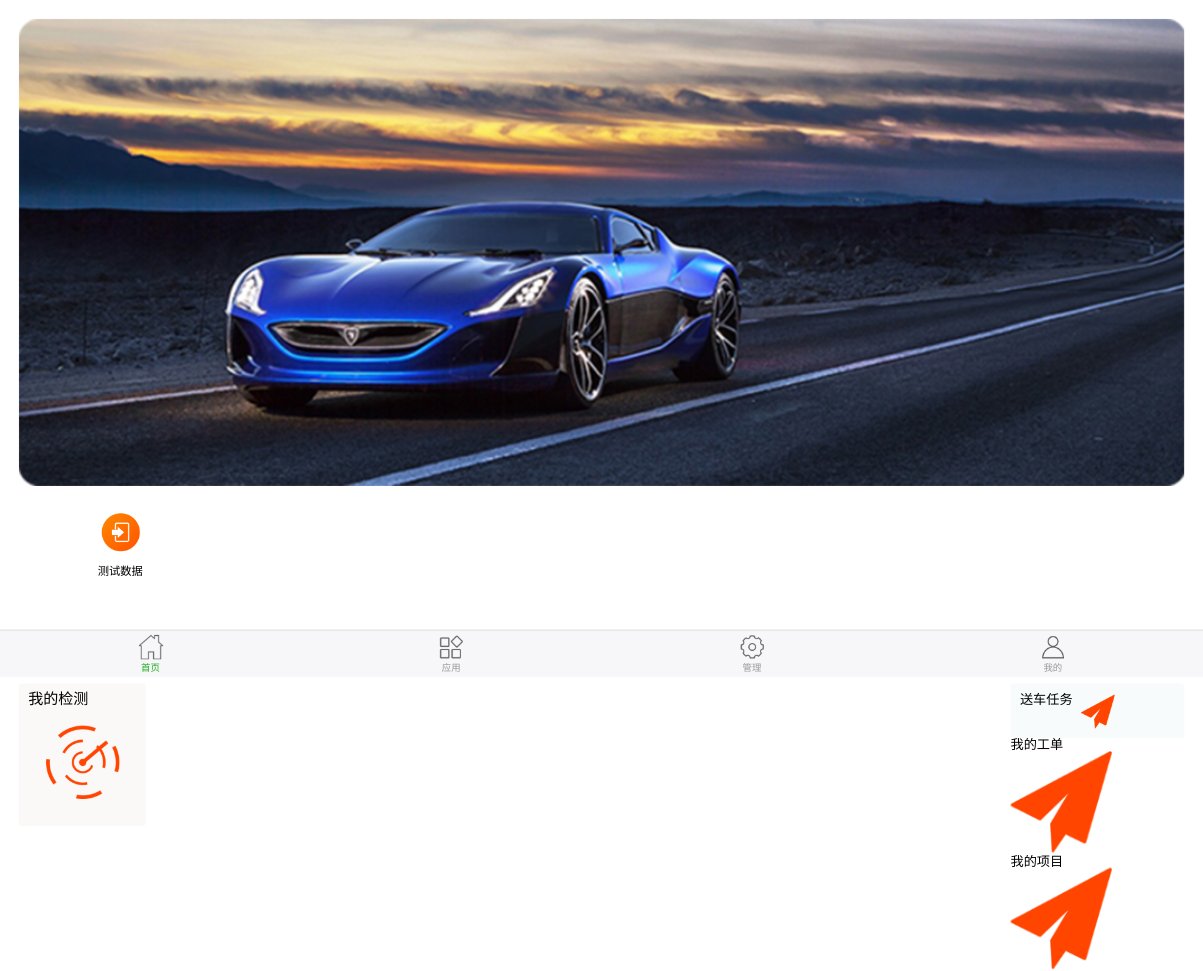
Repository: family-car/car
Page: index.html
An editor plug-in stored every save of this project. The page is shown before and after the next save, followed by the edit.
The browser window is 1280 px wide. The pictures show the whole page, at 94% of full size.

Above is the page before, as saved 2020-05-11 20:52:52.

After the next save:
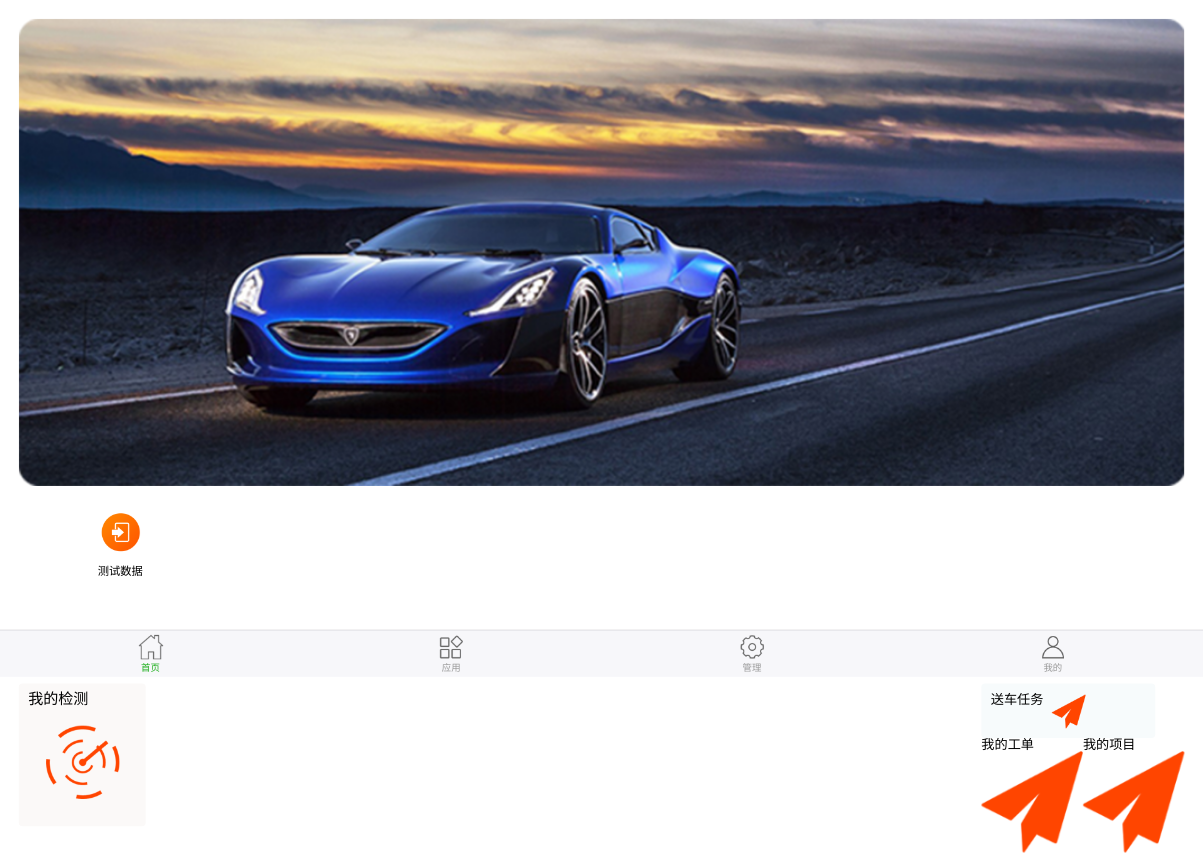
Saved 9 s later.
--- a/index.html
+++ b/index.html
@@ -49,12 +49,12 @@
           <dd class=""><img src="src/image/task.png"/></dd>
         </dl>
        </div>
-       <div class="myProject">
-        <dl class="projectCon">
+       <div class="myProject cf">
+        <dl class="projectCon fl">
           <dt>我的工单</dt>
           <dd class=""><img src="src/image/task.png"/></dd>
         </dl>
-        <dl class="projectCon">
+        <dl class="projectCon fr">
           <dt>我的项目</dt>
           <dd class=""><img src="src/image/task.png"/></dd>
         </dl>
